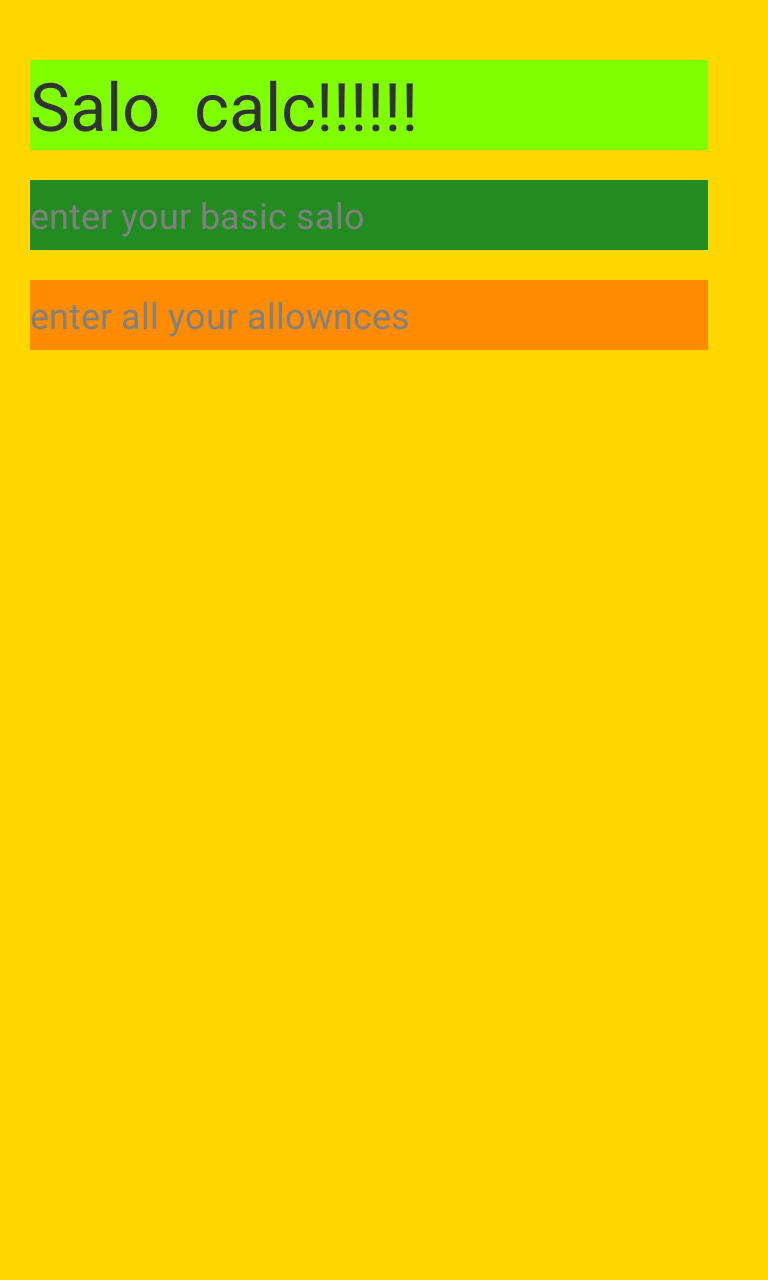
Repository: njiiriJohnii/Android-projects
Layout: salo/res/layout/activity_main.xml
These files come from the project's save history. The layout is drawn as it stood at one moment and after the next save; the edit follows.
It is drawn on a 768 x 1280 px phone screen (xhdpi) without system bars, with theme AppTheme; the app's code is not run.

Above is the layout before, as saved 2014-05-29 19:10:16.

After the next save:
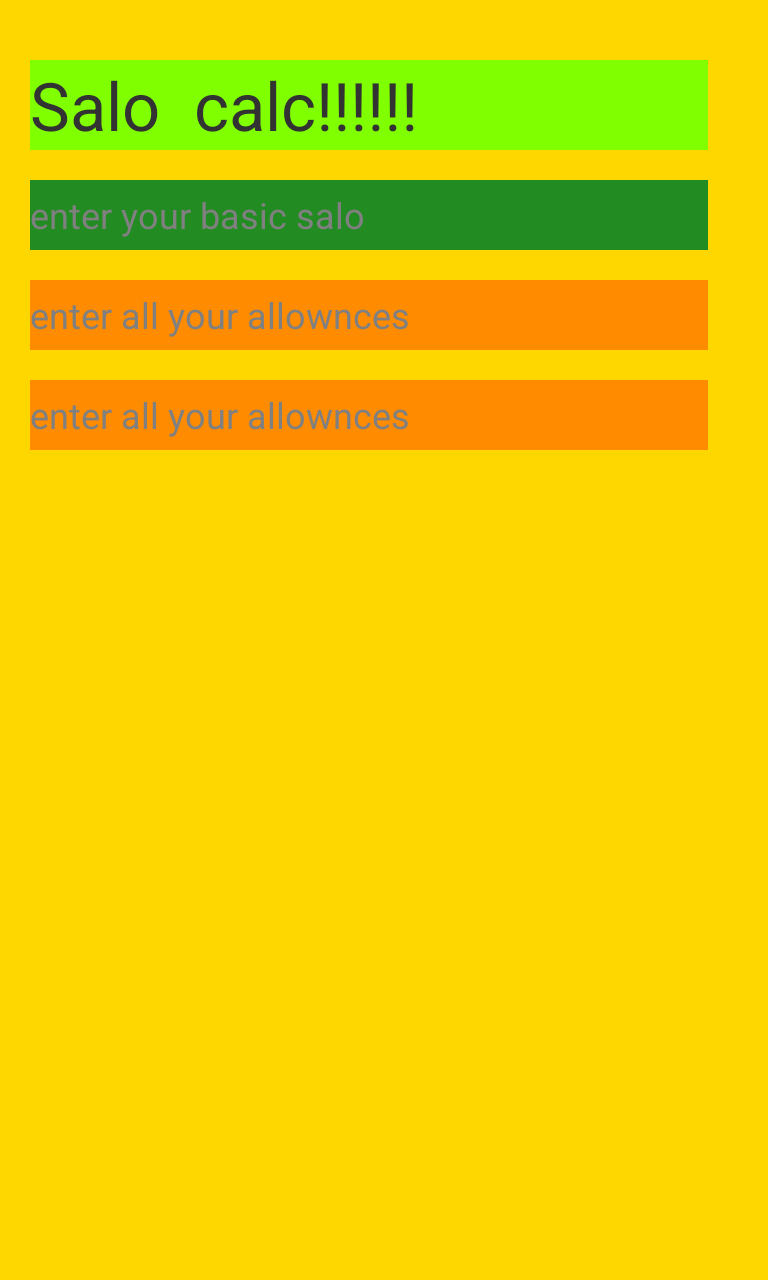
Saved 90 s later.
--- a/salo/res/layout/activity_main.xml
+++ b/salo/res/layout/activity_main.xml
@@ -37,7 +37,19 @@
         android:layout_marginTop="15dp"
         android:background="#FF8C00"
         android:ems="10"
-         android:height="35dp"
+        android:height="35dp"
+        android:hint="enter all your allownces" >
+    </EditText>
+     <EditText
+        android:id="@+id/gross"
+        android:layout_width="fill_parent"
+        android:layout_height="wrap_content"
+        android:layout_marginLeft="15dp"
+        android:layout_marginRight="30dp"
+        android:layout_marginTop="15dp"
+        android:background="#FF8C00"
+        android:ems="10"
+        android:height="35dp"
         android:hint="enter all your allownces" >
     </EditText>
 
